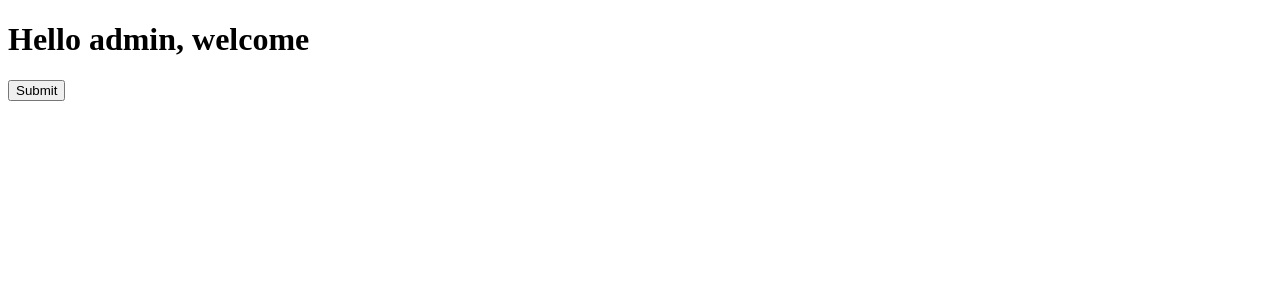
Repository: LingWenXing/java-fundamentals
Page: http://localhost/CarServiceSystem/adminLoginSuccess.jsp
The author's editor kept a copy of each file at every save. The page is drawn from the files as they stood at one save, then again after the next save.
The browser window is 1280 px wide. The pictures show the whole page.
The page is served by Tomcat 9. Other server files are loaded and not shown.

Above is the page before, as saved 2022-04-11 03:52:15.

### CarServiceSystem/src/main/webapp/adminLoginSuccess.jsp
<%@ page language="java" contentType="text/html; charset=ISO-8859-1"
    pageEncoding="ISO-8859-1"%>
<!DOCTYPE html>
<html>
<head>
<meta charset="ISO-8859-1">
<title>Admin Login Success</title>
</head>
<body>
	<h1>Hello admin, welcome</h1>
	<form action = "/CarServiceSystem/RegisteredCustomers">
		<input type="submit" name="Registered Customers">
	</form>
</body>
</html>

After the next save:
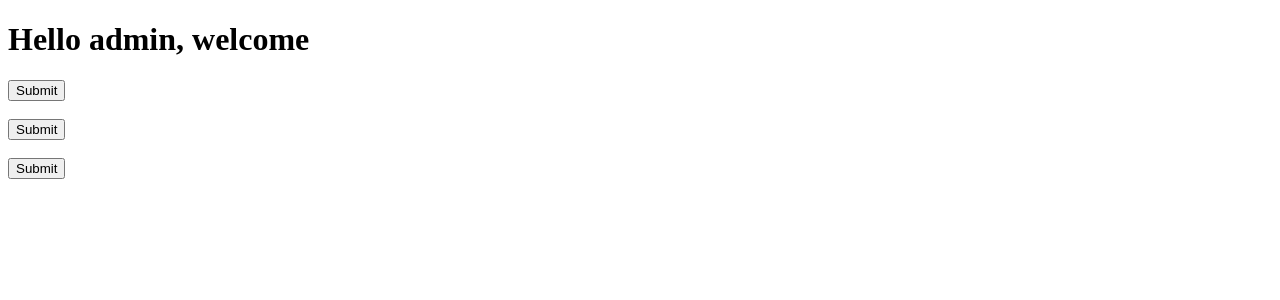
Saved 52 s later.
--- a/CarServiceSystem/src/main/webapp/adminLoginSuccess.jsp
+++ b/CarServiceSystem/src/main/webapp/adminLoginSuccess.jsp
@@ -11,5 +11,13 @@
 	<form action = "/CarServiceSystem/RegisteredCustomers">
 		<input type="submit" name="Registered Customers">
 	</form>
+	<br>
+	<form action = "/CarServiceSystem/PendingRequest">
+		<input type="submit" name="Pending Request">
+	</form>
+	<br>
+	<form action = "/CarServiceSystem/UpdateStatus">
+		<input type="submit" name="Update Status">
+	</form>
 </body>
 </html>
